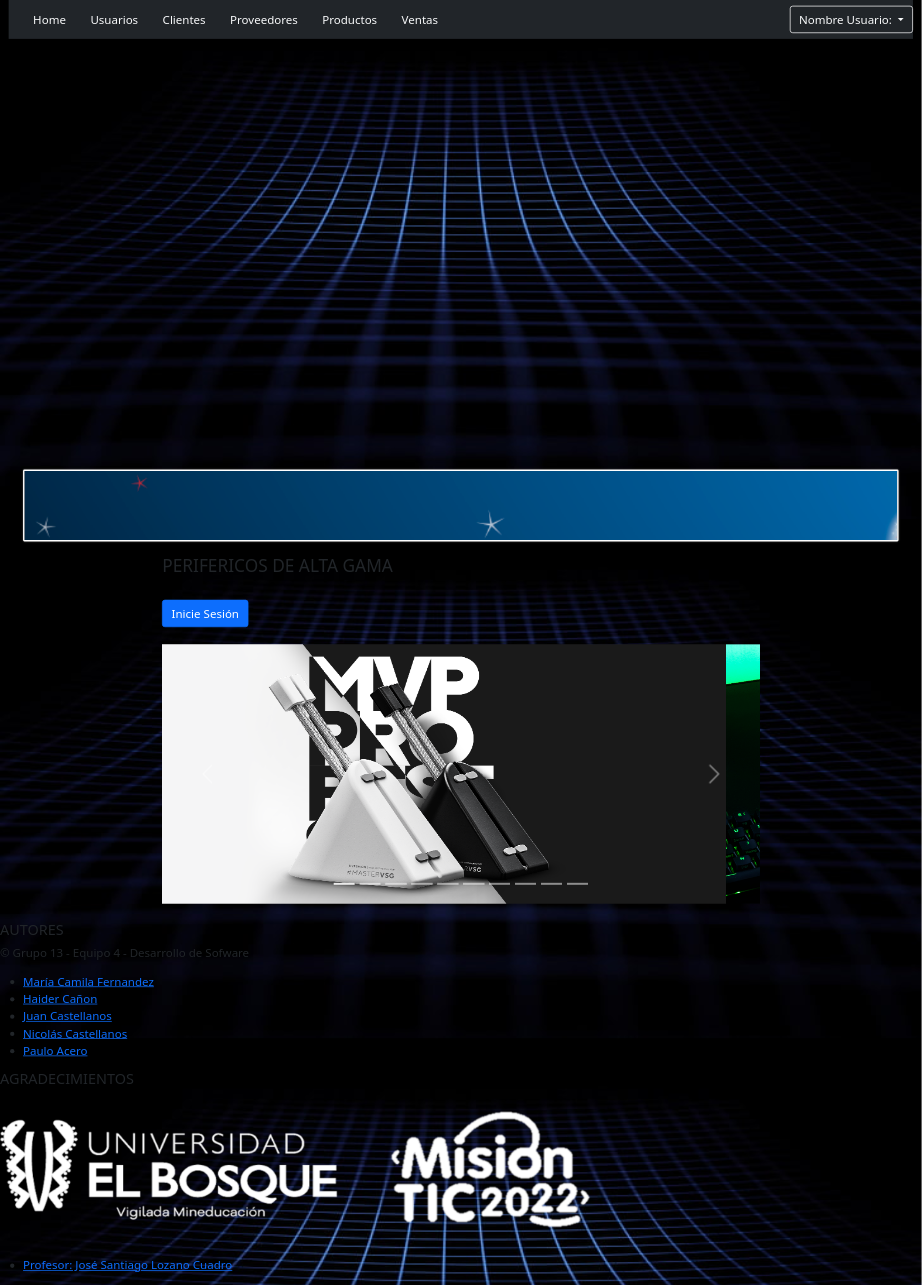
Repository: Grupo13E4/Tienda_Cypher
Page: http://localhost/Ciclo3demo/Principal.jsp
An editor plug-in stored every save of this project. The page is shown before and after the next save, followed by the edit.
The browser window is 1280 px wide. The pictures show the whole page, at 72% of full size.
Backgrounds fixed to the window are drawn as part of the page. The page is served by Tomcat 9. Other server files are loaded and not shown. The template is opened directly, without the code that normally fills it, so the values that code supplies are empty.

Above is the page before, as saved 2021-09-23 16:47:16.

### Ciclo3demo/src/main/webapp/Principal.jsp
<%@ page language="java" contentType="text/html; charset=ISO-8859-1"
	pageEncoding="ISO-8859-1"%>
<!DOCTYPE html>
<html>
<head>
<meta charset="ISO-8859-1">
<link
	href="https://cdn.jsdelivr.net/npm/bootstrap@5.1.0/dist/css/bootstrap.min.css"
	rel="stylesheet"
	integrity="sha384-KyZXEAg3QhqLMpG8r+8fhAXLRk2vvoC2f3B09zVXn8CA5QIVfZOJ3BCsw2P0p/We"
	crossorigin="anonymous">
<link rel="stylesheet"
	href="https://cdnjs.cloudflare.com/ajax/libs/animate.css/4.1.1/animate.min.css" />
<link rel="stylesheet" href="cssPrincipal.css">
<link rel="icon" href="img/icon.jpg" type="image/x-icon">
<title>Página Principal</title>
</head>
<body>

	<div class="container-fluid">
		<nav class="navbar navbar-expand-lg navbar-dark bg-dark">
			<div class="container-fluid">
				<div class="collapse navbar-collapse" id="navbarNav">
					<ul class="navbar-nav">
						<li class="nav-item"><a
							style="margin-left: 10px; border: none"
							class="btn btn-outline-light" href="Controlador?menu=Principal">Home</a>
						</li>
						<li class="nav-item"><a
							style="margin-left: 10px; border: none"
							class="btn btn-outline-light"
							href="Controlador?menu=Usuarios&accion=Listar" target="myFrame">Usuarios</a>
						</li>
						<li class="nav-item">
							<a style="margin-left: 10px; border: none" class="btn btn-outline-light" href="Controlador?menu=Clientes"
							target="myFrame">Clientes</a>
						</li>
						<li class="nav-item">
							<a
							style="margin-left: 10px; border: none"
							class="btn btn-outline-light" href="Controlador?menu=Proveedores"
							target="myFrame">Proveedores</a>
						</li>
						<li class="nav-item">
							<a
							style="margin-left: 10px; border: none"
							class="btn btn-outline-light" href="Controlador?menu=Productos"
							target="myFrame">Productos</a>
						</li>
						<li class="nav-item">
							<a
							style="margin-left: 10px; border: none"
							class="btn btn-outline-light" href="Controlador?menu=Ventas"
							target="myFrame">Ventas</a>
						</li>
					</ul>
				</div>
			</div>
			<div class="dropdown">
				<button class="btn btn-outline-light dropdown-toggle" type="button"
					id="dropdownMenuButton1" data-bs-toggle="dropdown"
					aria-expanded="false">Nombre Usuario:
					${usuario.getNombre_usuario()}</button>
				<div class="dropdown-menu" aria-labelledby="dropdownMenuButton1">
					<a class="dropdown-item" href="#"><img src="img/User.png"
						width="40" alt="40"></a> <a class="dropdown-item" href="#">${usuario.getUsuario()}</a>
					<a class="dropdown-item" href="#">${usuario.getEmail_usuario()}</a>
					<div class="dropdown-divider"></div>
					<form class="dropdown-item" method="POST" action="#">
						<button class="btn btn-danger center-block" type="submit"
							name="accion" value="Salir">Cerrar Sesion</button>
					</form>
				</div>
			</div>
		</nav>
		<div class="m-4" style="height: 550px;">
			<iframe style="height: 100%; width: 100%; border: none"
				name="myFrame">
			</iframe>
		</div>

	</div>

	<!--Inicio Banner-->
   	        <div class = "banner">
                <h1>TIENDA HIGH TECH CYPHER</h1>
            </div>
    <!--Fin Banner-->

	<!-- Inicio Login -->
	<div class = "container col-lg-8">
		<h4>PERIFERICOS DE ALTA GAMA</h4>
		<div>
			<a class="btn btn-primary btn-lm mt-4" href="inicio.jsp" role="button">Inicie Sesión</a>
		</div>


<!--Fin Slider Carrousel-->
		<div id="carouselExampleCaptions" class="carousel slide mb-4 mt-4" data-bs-ride="carousel">
		  <div class="carousel-indicators">
		    <button type="button" data-bs-target="#carouselExampleCaptions" data-bs-slide-to="0" class="active" aria-current="true" aria-label="Slide 1"></button>
		    <button type="button" data-bs-target="#carouselExampleCaptions" data-bs-slide-to="1" aria-label="Slide 2"></button>
		    <button type="button" data-bs-target="#carouselExampleCaptions" data-bs-slide-to="2" aria-label="Slide 3"></button>
		    <button type="button" data-bs-target="#carouselExampleCaptions" data-bs-slide-to="3" aria-label="Slide 4"></button>
		    <button type="button" data-bs-target="#carouselExampleCaptions" data-bs-slide-to="4" aria-label="Slide 5"></button>
		    <button type="button" data-bs-target="#carouselExampleCaptions" data-bs-slide-to="5" aria-label="Slide 6"></button>
		    <button type="button" data-bs-target="#carouselExampleCaptions" data-bs-slide-to="6" aria-label="Slide 7"></button>
		    <button type="button" data-bs-target="#carouselExampleCaptions" data-bs-slide-to="7" aria-label="Slide 8"></button>
		    <button type="button" data-bs-target="#carouselExampleCaptions" data-bs-slide-to="8" aria-label="Slide 9"></button>
		    <button type="button" data-bs-target="#carouselExampleCaptions" data-bs-slide-to="9" aria-label="Slide 10"></button>
		  </div>
		  <div class="carousel-inner">
		    <div class="carousel-item active">
		      <img src="imgslider/img1.png" class="d-block w-100" alt="img1" width="400" height="360">
		    </div>
		    <div class="carousel-item">
		      <img src="imgslider/img2.png" class="d-block w-100" alt="img1" width="400" height="360">
		  </div>
		  <div class="carousel-item">
		      <img src="imgslider/img3.png" class="d-block w-100" alt="img1" width="400" height="360">
		  </div>
		  <div class="carousel-item">
		      <img src="imgslider/img4.png" class="d-block w-100" alt="img1" width="400" height="360">
		  </div>
		  <div class="carousel-item">
		      <img src="imgslider/img5.png" class="d-block w-100" alt="img1" width="400" height="360">
		  </div>
		  <div class="carousel-item">
		      <img src="imgslider/img6.png" class="d-block w-100" alt="img1" width="400" height="360">
		  </div>
		  <div class="carousel-item">
		      <img src="imgslider/img7.png" class="d-block w-100" alt="img1" width="400" height="360">
		  </div>
		  <div class="carousel-item">
		      <img src="imgslider/img8.png" class="d-block w-100" alt="img1" width="400" height="360">
		  </div>
		  <div class="carousel-item">
		      <img src="imgslider/img9.png" class="d-block w-100" alt="img1" width="400" height="360">
		  </div>
		  <div class="carousel-item">
		      <img src="imgslider/img10.png" class="d-block w-100" alt="img1" width="400" height="360">
		  </div>
		  <button class="carousel-control-prev" type="button" data-bs-target="#carouselExampleCaptions" data-bs-slide="prev">
		    <span class="carousel-control-prev-icon" aria-hidden="true"></span>
		    <span class="visually-hidden">Previous</span>
		  </button>
		  <button class="carousel-control-next" type="button" data-bs-target="#carouselExampleCaptions" data-bs-slide="next">
		    <span class="carousel-control-next-icon" aria-hidden="true"></span>
		    <span class="visually-hidden">Next</span>
		  </button>
		</div>
		<!--Fin Slider Carrousel-->
		</div>
</div>

	<!-- Inicio Footer -->
	<footer class="footer col-lg-12">
		<section class="section">
		<div class="autores">
			 <h5>AUTORES</h5>
                <p>&copy; Grupo 13 - Equipo 4 - Desarrollo de Sofware</p>
                 <ul>
                    <li><a href="#">María Camila Fernandez</a></li>
                    <li><a href="#">Haider Cañon</a></li>
                    <li><a href="#">Juan Castellanos</a></li>
                    <li><a href="#">Nicolás Castellanos</a></li>
                    <li><a href="#">Paulo Acero</a></li>

                </ul>
		</div>
		<div class="agra">
		<h5>AGRADECIMIENTOS</h5>
                <p>
                	<a href="#"><img alt="Mintic2022" src="img/minticuec.png"></a>

                </p>
                 <ul>
                    <li><a href="#">Profesor: José Santiago Lozano Cuadro</a></li>
                </ul>
		</div>
		</section>
	</footer>
	<!-- Fin Footer -->



	<script
		src="https://cdn.jsdelivr.net/npm/@popperjs/core@2.9.3/dist/umd/popper.min.js"
		integrity="sha384-W8fXfP3gkOKtndU4JGtKDvXbO53Wy8SZCQHczT5FMiiqmQfUpWbYdTil/SxwZgAN"
		crossorigin="anonymous">
	</script>
	<script src="https://cdn.jsdelivr.net/npm/bootstrap@5.1.1/dist/js/bootstrap.min.js"
		integrity="sha384-skAcpIdS7UcVUC05LJ9Dxay8AXcDYfBJqt1CJ85S/CFujBsIzCIv+l9liuYLaMQ/"
		crossorigin="anonymous">
	</script>
</body>
</html>

### Ciclo3demo/src/main/webapp/cssPrincipal.css
@charset "ISO-8859-1";

body {

    margin: 0;
    background: url(img/wallpaper1.jpg);
    background-size: cover;
    background-attachment: fixed;
}

/*Banner*/
.banner {
	margin: 0 auto;
    width: 95%;
    height: 100px;
    border: 2px solid white;
    box-shadow: 0px 0px 2px gray;
    background: url("img/bakbaner.png");
    background-position: -300px -200px;
    margin-top: 20px;
    margin-bottom: 20px;
    border-radius: 2px;
    overflow: hidden;
    animation: backBanner 10s linear;
}

@keyframes backBanner {
    0% {
        background-position: 0px 0px;
    }
    100% {
        background-position: -300px -200px;
    }
}


.banner h1 {
    display: block;
    width: 100%;
    color: white;
    font-size: 45px;
    text-align: center;
    font-weight: normal;
    letter-spacing: 2px;
    text-shadow: 2px 2px 4px black;
    margin: 20px auto;
    margin-bottom: 20px;
    animation: showText 10s linear;
}

@keyframes showText {
    0% {
        transform: translateX(-600%) scale(5,5);
        opacity: 1;
    }
    50% {
        transform: translateX(600%) scale(5,5);
        opacity: 1;
    }
    75% {
        transform: translateX(-600%) scale(5,5);
        text-shadow: none;
        color: transparent;
        opacity: 0;
    }
    100% {
        transform: translateX(0%) scale(1,1);
        text-shadow: 2px 2px 4px black;
        color: white;
        opacity: 1;
    }
}

After the next save:
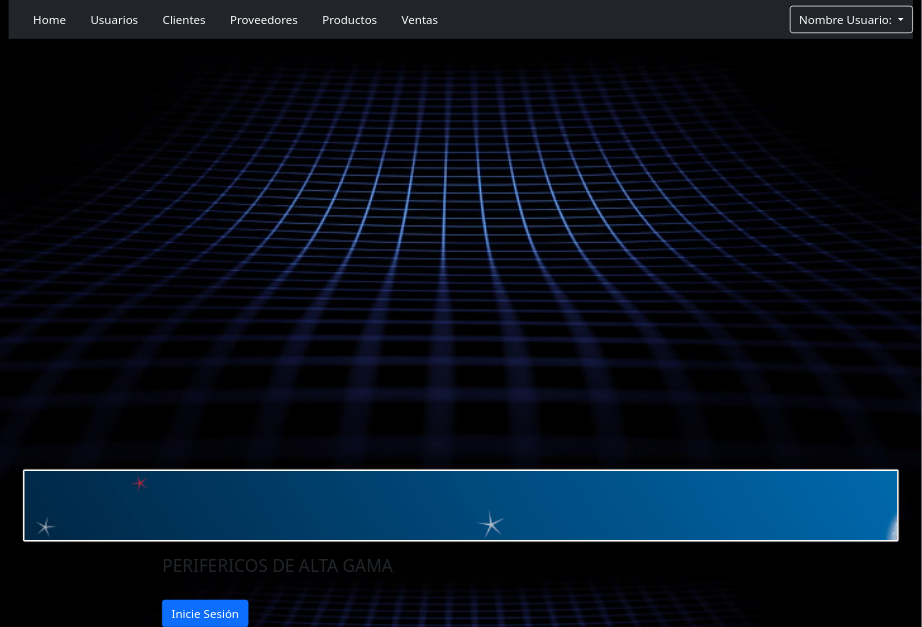
Saved 3 min 2 s later.
--- a/Ciclo3demo/src/main/webapp/Principal.jsp
+++ b/Ciclo3demo/src/main/webapp/Principal.jsp
@@ -95,92 +95,6 @@
 		</div>
 
 
-<!--Fin Slider Carrousel-->
-		<div id="carouselExampleCaptions" class="carousel slide mb-4 mt-4" data-bs-ride="carousel">
-		  <div class="carousel-indicators">
-		    <button type="button" data-bs-target="#carouselExampleCaptions" data-bs-slide-to="0" class="active" aria-current="true" aria-label="Slide 1"></button>
-		    <button type="button" data-bs-target="#carouselExampleCaptions" data-bs-slide-to="1" aria-label="Slide 2"></button>
-		    <button type="button" data-bs-target="#carouselExampleCaptions" data-bs-slide-to="2" aria-label="Slide 3"></button>
-		    <button type="button" data-bs-target="#carouselExampleCaptions" data-bs-slide-to="3" aria-label="Slide 4"></button>
-		    <button type="button" data-bs-target="#carouselExampleCaptions" data-bs-slide-to="4" aria-label="Slide 5"></button>
-		    <button type="button" data-bs-target="#carouselExampleCaptions" data-bs-slide-to="5" aria-label="Slide 6"></button>
-		    <button type="button" data-bs-target="#carouselExampleCaptions" data-bs-slide-to="6" aria-label="Slide 7"></button>
-		    <button type="button" data-bs-target="#carouselExampleCaptions" data-bs-slide-to="7" aria-label="Slide 8"></button>
-		    <button type="button" data-bs-target="#carouselExampleCaptions" data-bs-slide-to="8" aria-label="Slide 9"></button>
-		    <button type="button" data-bs-target="#carouselExampleCaptions" data-bs-slide-to="9" aria-label="Slide 10"></button>
-		  </div>
-		  <div class="carousel-inner">
-		    <div class="carousel-item active">
-		      <img src="imgslider/img1.png" class="d-block w-100" alt="img1" width="400" height="360">
-		    </div>
-		    <div class="carousel-item">
-		      <img src="imgslider/img2.png" class="d-block w-100" alt="img1" width="400" height="360">
-		  </div>
-		  <div class="carousel-item">
-		      <img src="imgslider/img3.png" class="d-block w-100" alt="img1" width="400" height="360">
-		  </div>
-		  <div class="carousel-item">
-		      <img src="imgslider/img4.png" class="d-block w-100" alt="img1" width="400" height="360">
-		  </div>
-		  <div class="carousel-item">
-		      <img src="imgslider/img5.png" class="d-block w-100" alt="img1" width="400" height="360">
-		  </div>
-		  <div class="carousel-item">
-		      <img src="imgslider/img6.png" class="d-block w-100" alt="img1" width="400" height="360">
-		  </div>
-		  <div class="carousel-item">
-		      <img src="imgslider/img7.png" class="d-block w-100" alt="img1" width="400" height="360">
-		  </div>
-		  <div class="carousel-item">
-		      <img src="imgslider/img8.png" class="d-block w-100" alt="img1" width="400" height="360">
-		  </div>
-		  <div class="carousel-item">
-		      <img src="imgslider/img9.png" class="d-block w-100" alt="img1" width="400" height="360">
-		  </div>
-		  <div class="carousel-item">
-		      <img src="imgslider/img10.png" class="d-block w-100" alt="img1" width="400" height="360">
-		  </div>
-		  <button class="carousel-control-prev" type="button" data-bs-target="#carouselExampleCaptions" data-bs-slide="prev">
-		    <span class="carousel-control-prev-icon" aria-hidden="true"></span>
-		    <span class="visually-hidden">Previous</span>
-		  </button>
-		  <button class="carousel-control-next" type="button" data-bs-target="#carouselExampleCaptions" data-bs-slide="next">
-		    <span class="carousel-control-next-icon" aria-hidden="true"></span>
-		    <span class="visually-hidden">Next</span>
-		  </button>
-		</div>
-		<!--Fin Slider Carrousel-->
-		</div>
-</div>
-
-	<!-- Inicio Footer -->
-	<footer class="footer col-lg-12">
-		<section class="section">
-		<div class="autores">
-			 <h5>AUTORES</h5>
-                <p>&copy; Grupo 13 - Equipo 4 - Desarrollo de Sofware</p>
-                 <ul>
-                    <li><a href="#">María Camila Fernandez</a></li>
-                    <li><a href="#">Haider Cañon</a></li>
-                    <li><a href="#">Juan Castellanos</a></li>
-                    <li><a href="#">Nicolás Castellanos</a></li>
-                    <li><a href="#">Paulo Acero</a></li>
-
-                </ul>
-		</div>
-		<div class="agra">
-		<h5>AGRADECIMIENTOS</h5>
-                <p>
-                	<a href="#"><img alt="Mintic2022" src="img/minticuec.png"></a>
-
-                </p>
-                 <ul>
-                    <li><a href="#">Profesor: José Santiago Lozano Cuadro</a></li>
-                </ul>
-		</div>
-		</section>
-	</footer>
-	<!-- Fin Footer -->
 
 
 
